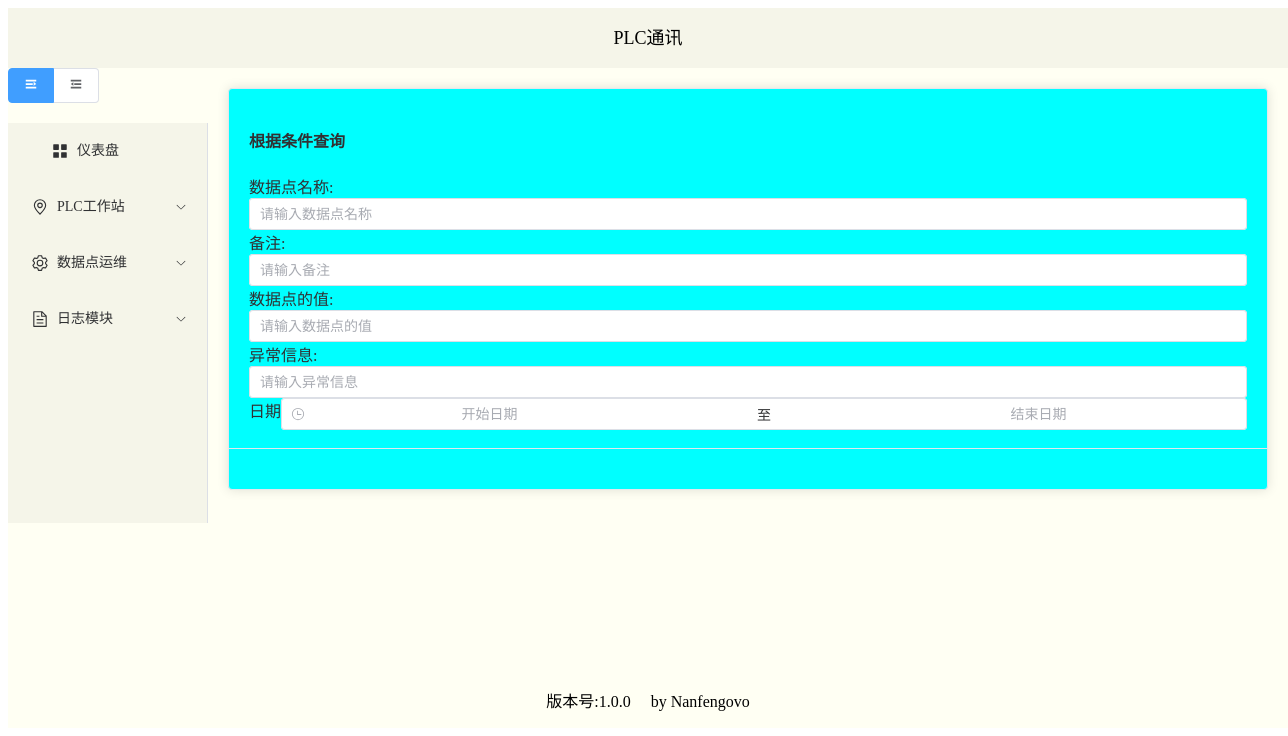
Repository: nanfengovo/HelperWorkStation
Page: /#/frameWork/PLCWorkstation/S7 (app in HelperWorkStation/plchelper-ui/)
These files come from the project's save history. The page is drawn as it stood at one moment and after the next save; the edit follows.
The browser window is 1280 px wide. The page is 1288 px wide, so the pictures cover 1288 px, including what lies to the right of the window. The pictures show the whole page.
The project was rebuilt for these pictures with package versions that can differ from the ones it lists, and the page was loaded fresh each time. Also part of the build but not shown: HelperWorkStation/plchelper-ui/vite.config.ts, HelperWorkStation/plchelper-ui/src/views/Login/index.vue.

Above is the page before, as saved 2025-02-15 23:13:02.

### HelperWorkStation/plchelper-ui/index.html
<!DOCTYPE html>
<html lang="">
  <head>
    <meta charset="UTF-8">
    <link rel="icon" href="/icon-park-outline--cpu.png">
    <meta name="viewport" content="width=device-width, initial-scale=1.0">
    <title>PLCHelper Station</title>
  </head>
  <body>
    <div id="app"></div>
    <script type="module" src="/src/main.ts"></script>
  </body>
</html>

<style>
  #app{
    /* display: flex;
    justify-content: center;
    align-items: center; */
    height: 100vh;
    width: 100vw;
  }
</style>

### HelperWorkStation/plchelper-ui/src/main.ts
// import './assets/main.css'

import { createApp } from 'vue'
import ElementPlus from 'element-plus'
import 'element-plus/dist/index.css'
import { createPinia } from 'pinia'

import App from './App.vue'
import * as ElementPlusIconsVue from '@element-plus/icons-vue'
//element-plus转换中文
import zhCn from 'element-plus/es/locale/lang/zh-cn'
import router from './router'

const app = createApp(App)
app.use(router)
for (const [key, component] of Object.entries(ElementPlusIconsVue)) {
    app.component(key, component)
    }
    app.use(ElementPlus, {
        locale: zhCn,
        })
app.use(createPinia())


app.mount('#app')

### HelperWorkStation/plchelper-ui/src/App.vue
<script setup lang="ts">
import {  RouterView } from 'vue-router'
import FrameWork from './views/FrameWork/index.vue'
import Login from './views/Login/index.vue'
</script>

<template>
  <div class="app">
    <RouterView />
  </div>

  <!-- <RouterView /> -->
</template>

<style scoped>
	html,body,#app{
      height: 100%;
      width: 100%;
	}
  .app{
    height: 100%;
    width: 100%;
  }
</style>

### HelperWorkStation/plchelper-ui/src/router/index.ts
import { createMemoryHistory, createRouter, createWebHashHistory, type RouteRecordRaw } from 'vue-router'
import frameWork from '../views/FrameWork/index.vue';
import Login from '../views/Login/index.vue';
import panel from '../views/FrameWork/layout/panel/index.vue';

// const routes: RouteRecordRaw[] = [];
const routes: Array<RouteRecordRaw> = [
    {
        path: '/',
        redirect: '/login'
    },
    {
        path: '/login',
        name: 'login',
        component: Login
    },
    {
        path: '/frameWork',
        name: '主页',
        component: frameWork,
        children: [
            {
                path: '/framework/panel',
                name: '仪表板',
                component: () => import('../views/FrameWork/layout/panel/index.vue'),
            },
            {
                path: '/frameWork/PLCWorkstation/Modbus',
                name: 'PLC工作站-Modbus',
                component: () => import('../views/FrameWork/layout/PLCWorkstation/Modbus/index.vue'),
            },
            {
                path: '/frameWork/PLCWorkstation/PLC',
                name: 'PLC工作站-PLC配置',
                component: () => import('../views/FrameWork/layout/PLCWorkstation/PLC/index.vue'),
            },
            {
                path: '/frameWork/PLCWorkstation/S7',
                name: 'PLC工作站-S7',
                component: () => import('../views/FrameWork/layout/PLCWorkstation/S7/index.vue'),
            },
            {
                path: '/frameWork/PLCWorkstation/OPC',
                name: 'PLC工作站-OPC',
                component: () => import('../views/FrameWork/layout/PLCWorkstation/OPC/index.vue'),
            },
            {
                path: '/frameWork/PLCWorkstation/FinsTCP',
                name: 'PLC工作站-FinsTCP',
                component: () => import('../views/FrameWork/layout/PLCWorkstation/FinsTCP/index.vue'),
            },
            {
                path: '/frameWork/DataPointOperations/Modbus',
                name: '数据点运维-Modbus',
                component: () => import('../views/FrameWork/layout/DataPointOperations/Modbus/index.vue'),
            },
            {
                path: '/frameWork/DataPointOperations/S7',
                name: '数据点运维-S7',
                component: () => import('../views/FrameWork/layout/DataPointOperations/S7/index.vue'),
            },
            {
            path: '/frameWork/DataPointOperations/S7/DB',
                        name: '数据点运维-S7-DB',
                        component: () => import('../views/FrameWork/layout/DataPointOperations/S7/DB/index.vue'),
            },
            {
                path: '/frameWork/DataPointOperations/Opc',
                name: '数据点运维-Opc',
                component: () => import('../views/FrameWork/layout/DataPointOperations/OPC/index.vue'),
            },
            {
                path: '/frameWork/DataPointOperations/FinsTCP',
                name: '数据点运维-FinsTCP',
                component: () => import('../views/FrameWork/layout/DataPointOperations/FinsTCP/index.vue'),
            },
            {
                path: '/frameWork/Log/Operation',
                name: '用户操作日志',
                component: () => import('../views/FrameWork/layout/Log/Operation/index.vue'),
            },
            {
                path: '/frameWork/Log/ReadWrite',
                name: '数据点读写日志',
                component: () => import('../views/FrameWork/layout/Log/ReadWrite/index.vue'),
            },

        ],


    },
];

const router = createRouter({
    history: createWebHashHistory(),
    routes,
});

export default router;

### HelperWorkStation/plchelper-ui/src/views/FrameWork/index.vue
<template>
    <div class="common-layout">
        <el-container>
            <div class="layout-header">
                <el-header>
                    PLC通讯
                </el-header>
            </div>
            <el-container>
                <el-aside width="200px" height="100vh" >
                    <el-radio-group v-model="isCollapse" style="margin-bottom: 20px">
                        <el-radio-button :value="false"><el-icon><Expand /></el-icon></el-radio-button>
                        <el-radio-button :value="true"><el-icon><Fold /></el-icon></el-radio-button>
                    </el-radio-group>
                    <el-menu
                        background-color="#f5f5e9"
                        default-active="1"
                        class="el-menu-vertical-demo"
                        :collapse="isCollapse"
                        @open="handleOpen"
                        @close="handleClose"
                        router
                    >
                        <el-menu-item index="/frameWork/panel">
                            <el-menu-item >
                                <el-icon><icon-menu /></el-icon>
                                <template #title>仪表盘</template>
                            </el-menu-item>
                        </el-menu-item>
                        <el-sub-menu index="2">
                        <template #title>
                            <el-icon><location /></el-icon>
                            <span>PLC工作站</span>
                        </template>
                        <el-menu-item-group >
                            <el-menu-item index="/frameWork/PLCWorkstation/PLC">PLC配置</el-menu-item>
                            <el-menu-item index="/frameWork/PLCWorkstation/Modbus">Modbus模块</el-menu-item>
                            <el-menu-item index="/frameWork/PLCWorkstation/S7">S7模块</el-menu-item>
                            <el-menu-item index="/frameWork/PLCWorkstation/OPC">OPC模块</el-menu-item>
                            <el-menu-item index="/frameWork/PLCWorkstation/FinsTCP">FinsTCP模块</el-menu-item>
                        </el-menu-item-group>
                        </el-sub-menu>
                        <el-sub-menu index="3">
                        <template #title>
                            <el-icon><Setting /></el-icon>
                            <span>数据点运维</span>
                        </template>
                        <el-menu-item-group >
                            <el-menu-item index="/frameWork/DataPointOperations/Modbus">Modbus数据点配置</el-menu-item>
                            <el-menu-item index="/frameWork/DataPointOperations/S7">S7数据点配置</el-menu-item>
                            <el-menu-item index="/frameWork/DataPointOperations/S7/DB">DB块配置</el-menu-item>
                            <el-menu-item index="/frameWork/DataPointOperations/Opc">OPC数据点配置</el-menu-item>
                            <el-menu-item index="/frameWork/DataPointOperations/FinsTCP">FinsTCP数据点模块</el-menu-item>
                        </el-menu-item-group>
                        </el-sub-menu>
                        <el-sub-menu index="4">
                        <template #title>
                            <el-icon><Document /></el-icon>
                            <span>日志模块</span>
                        </template>
                        <el-menu-item-group >
                            <el-menu-item index="/frameWork/Log/Operation">操作日志</el-menu-item>
                            <el-menu-item index="/frameWork/Log/ReadWrite">读写日志</el-menu-item>
                        </el-menu-item-group>
                        </el-sub-menu>
                    </el-menu>
                </el-aside>
                    <el-container>
                        <el-main>
                            <!-- <div class="main-header"> -->
                            <!-- <div class="main-header-breadcrumb"> -->
                                <!-- 面包屑 -->
                                <!-- <el-breadcrumb :separator-icon="ArrowRight"
                                                style="cursor: pointer; margin: 10px 0; display:inline-block;margin-left: 10px; ">
                                                <el-breadcrumb-item  >面包屑导航</el-breadcrumb-item>
                                </el-breadcrumb>
                            </div> -->
                            <!-- <div class="main-header-tab">
                                <el-tab>
                                    <el-tabs
                                    v-model="tablist"
                                    type="card"
                                    editable
                                    class="demo-tabs"
                                    @tab-click="pushTo"
                                >
                                    <el-tab-pane
                                    v-for="item in tablist"
                                    :key="item.name"
                                    :label="item.name"
                                    :name="item.name"
                                    >
                                    {{ item.path }}
                                    </el-tab-pane>
                                </el-tabs>
                                </el-tab>
                            </div> -->
                        <!-- </div> -->
                            <RouterView/>
                        </el-main>
                    </el-container>
            </el-container>
                <el-footer class="fixed-footer" >
                    <span>版本号:{{SoftVersion}}</span>&nbsp;&nbsp;&nbsp;&nbsp;
                    <span>by {{ SoftAuthor }}</span>
                </el-footer>
        </el-container>
    </div>
</template>

<script lang="ts" setup>
import { ref } from 'vue'
import { useRouter } from 'vue-router';
import routes from '../../router/index';
import {
    Document,
    Menu as IconMenu,
    Location,
    Setting,
    ArrowRight,
} from '@element-plus/icons-vue'
import type { TabPaneName } from 'element-plus'



const SoftVersion = ref('1.0.0')
const SoftAuthor = ref('Nanfengovo')


import { useRoute } from 'vue-router'
import router from '../../router/index';
const route = useRoute()
const pathList = ref()

console.log('route', route)// 获取当前路由
console.log('route.matched', route.matched)// 获取当前路由匹配到的路由记录
console.log('route.matched[0].children', route.matched[0].children)// 获取当前路由匹配到的路由记录

const tablist = ref(route.matched[0].children)
const isCollapse = ref(false)

let tabIndex = 1;

// const pushTo = (tab: TabPaneName) => {
//     router.push(tab)
// }


</script>

<style>
.el-menu-vertical-demo:not(.el-menu--collapse) {
    width: 200px;
    min-height: 400px;
}
.layout-header {
    background-color: #f5f5e9;
    color: black;
    text-align: center;
    line-height: 60px;
    font-size: 18px;
}

.common-layout{
    display: flex;
    flex-direction: column;
    min-height: 100vh;
    background-color: #fffff3;
}
.fixed-footer {
    background-color: #fffff3; /* 根据需要设置背景颜色 */
    padding: 10px; /* 根据需要设置内边距 */
    text-align: center; /* 根据需要设置文本对齐方式 */
    margin-bottom: 20px;
    height: 30px;
    font-size: 16px;
}
.main-header{
    border: red 1px solid;
    width: 100%;
    height: 30px;
}
/* .main-header-breadcrumb{
    border: green 1px solid;
    margin: 10px;
    width: 100%;
    height: 30px;
} */
.main-header-tab
{
    border: blue 1px solid;
    width: 100%;
    height: 30px;
}
.demo-tabs {
    border: 1px solid orangered;
    width: 60px;
    height: 30px;
    border-radius: 4px;
}
.demo-tabs>.el-tab-pane {
    border-bottom: 1px solid #ebeef5;
}
</style>

### HelperWorkStation/plchelper-ui/src/views/FrameWork/layout/PLCWorkstation/S7/index.vue
<template>
    <div class="Query">
        <el-card class="Query-card">
            <template #header>
                <div class="card-header">
                    <h4>根据条件查询</h4>
                </div>
                <el-row>
                    <el-label>
                        数据点名称:
                    </el-label>
                    <el-input v-model="dbName" placeholder="请输入数据点名称" clearable/>
                    <el-label>
                        备注:
                    </el-label>
                    <el-input v-model="remark" placeholder="请输入备注" clearable/>
                    <el-label>
                        数据点的值:
                    </el-label>
                    <el-input v-model="result" placeholder="请输入数据点的值" clearable/>
                </el-row>
                <el-row>
                    <el-label>
                        异常信息:
                    </el-label>
                    <el-input v-model="exceptionInfo" placeholder="请输入异常信息" clearable/>
                    <el-label>
                        日期
                    </el-label>
                    <el-date-picker v-model="dateTime" type="datetimerange" range-separator="至"
                    start-placeholder="开始日期" end-placeholder="结束日期" />
                </el-row>
            </template>

        </el-card>
    </div>
</template>
<script setup lang="ts">

</script>
<style>
.Query{
    display: grid;
}
.Query-card{
    background-color: aqua;
}


</style>

After the next save:
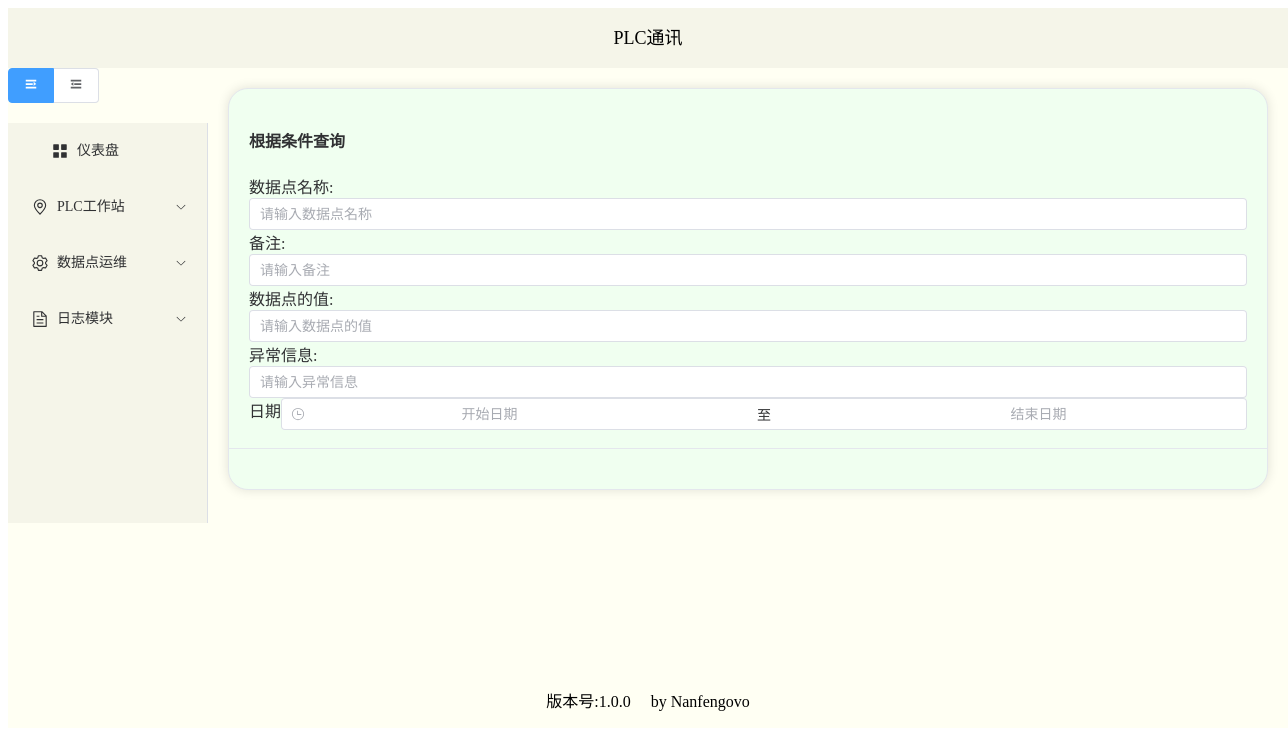
Saved 34 s later.
--- a/HelperWorkStation/plchelper-ui/src/views/FrameWork/layout/PLCWorkstation/S7/index.vue
+++ b/HelperWorkStation/plchelper-ui/src/views/FrameWork/layout/PLCWorkstation/S7/index.vue
@@ -43,7 +43,8 @@
     display: grid;
 }
 .Query-card{
-    background-color: aqua;
+    background-color: #F0FFF0;
+    border-radius: 20px;
 }
 
 
